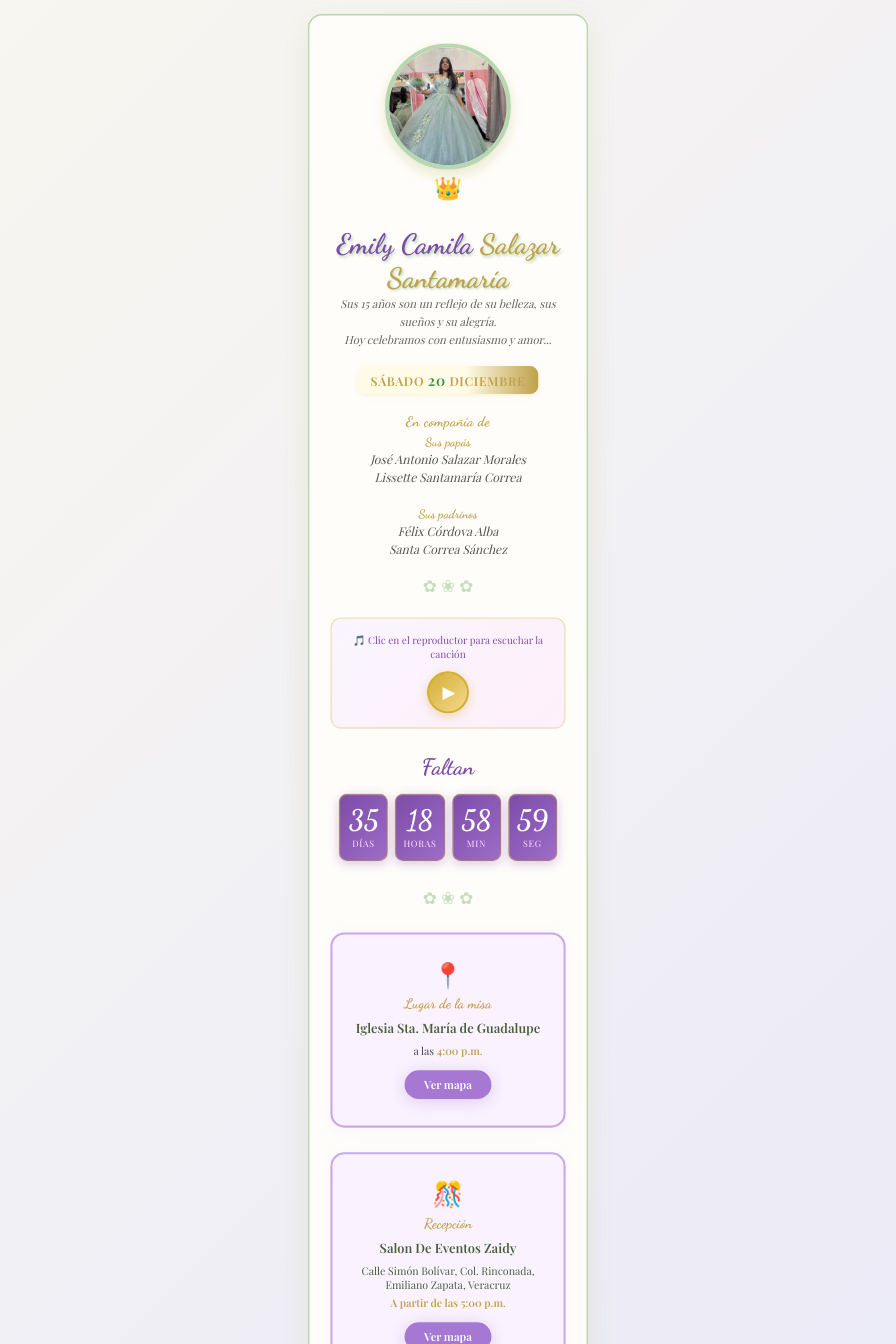
Repository: Jurgt2/InvitacionXvCamila
Page: index.html
These files come from the project's save history. The page is drawn as it stood at one moment and after the next save; the edit follows.
The browser window is 1280 px wide. The pictures show the part of the page from y = 0 to 1920 px (the page is 3219 px tall), at 70% of full size.
Some web fonts or font styles are not loaded; a fallback is used.

Above is the page before, as saved 2025-11-14 21:52:09.
Console error: TypeError: Cannot read properties of null (reading 'href')

After the next save:
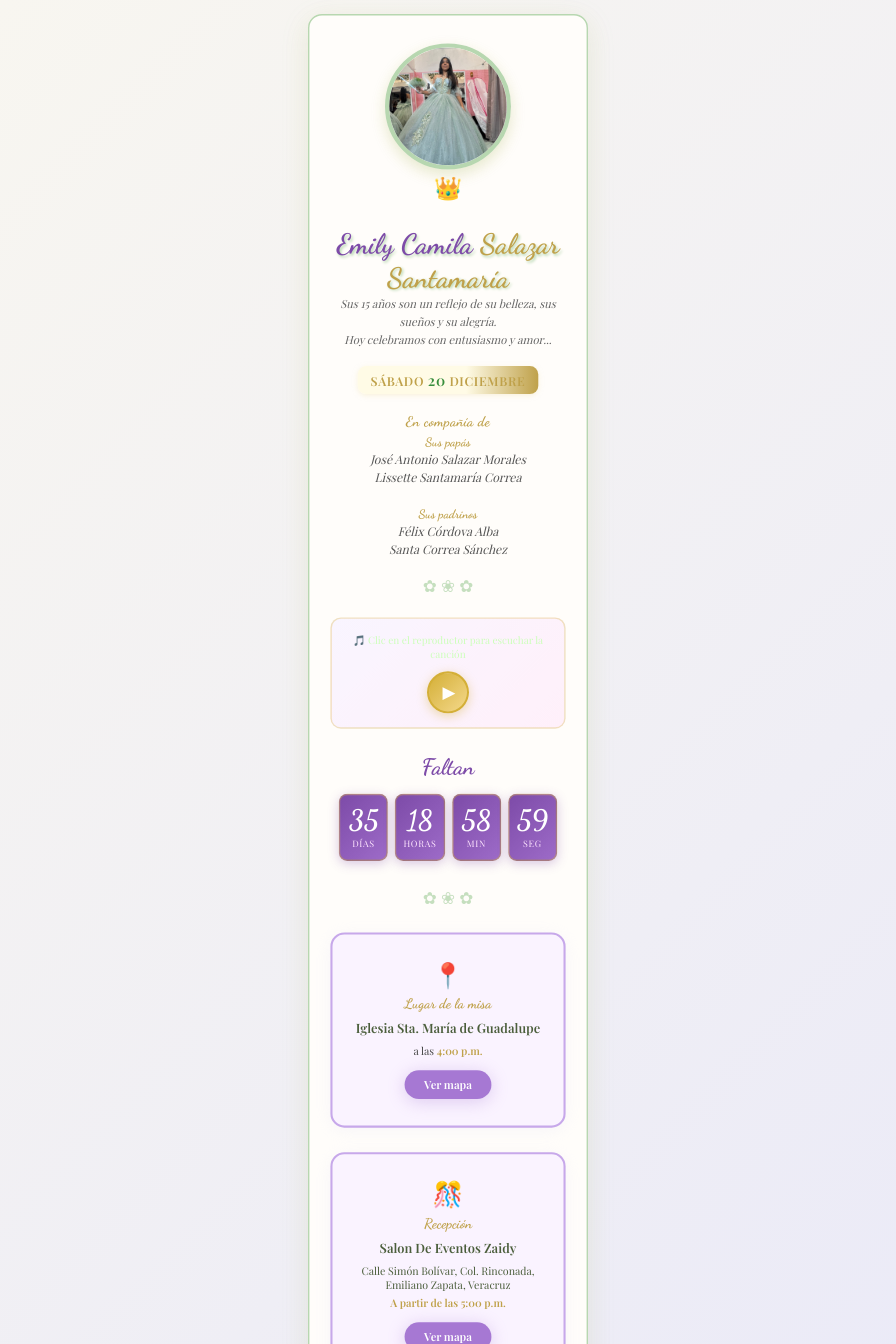
Saved 5 min 52 s later.
--- a/style.css
+++ b/style.css
@@ -119,7 +119,7 @@ body {
 
 .music-instruction {
     font-size: 0.9rem;
-    color: #7d4ba8;
+    color: #ccffba;
     margin-bottom: 15px;
 }
 
